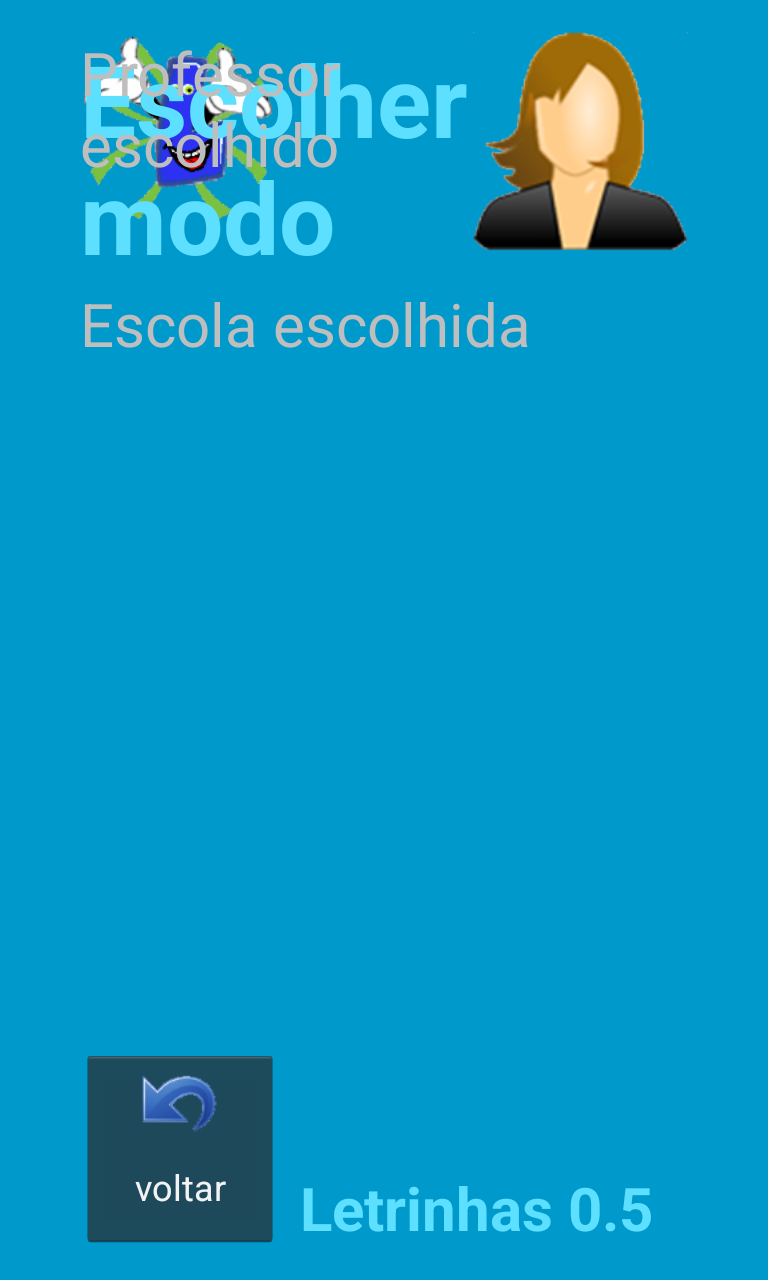
Repository: iptomar/letrinhas_documentacao
Layout: Letrinhas/APP/Prototipos/Letrinhas05/res/layout/listar_submissoes.xml
The author's editor kept a copy of each file at every save. The layout is drawn from the files as they stood at one save, then again after the next save.
It is drawn on a 768 x 1280 px phone screen (xhdpi) without system bars, with theme FullscreenTheme; the app's code is not run.

Above is the layout before, as saved 2014-05-18 10:59:48.

After the next save:
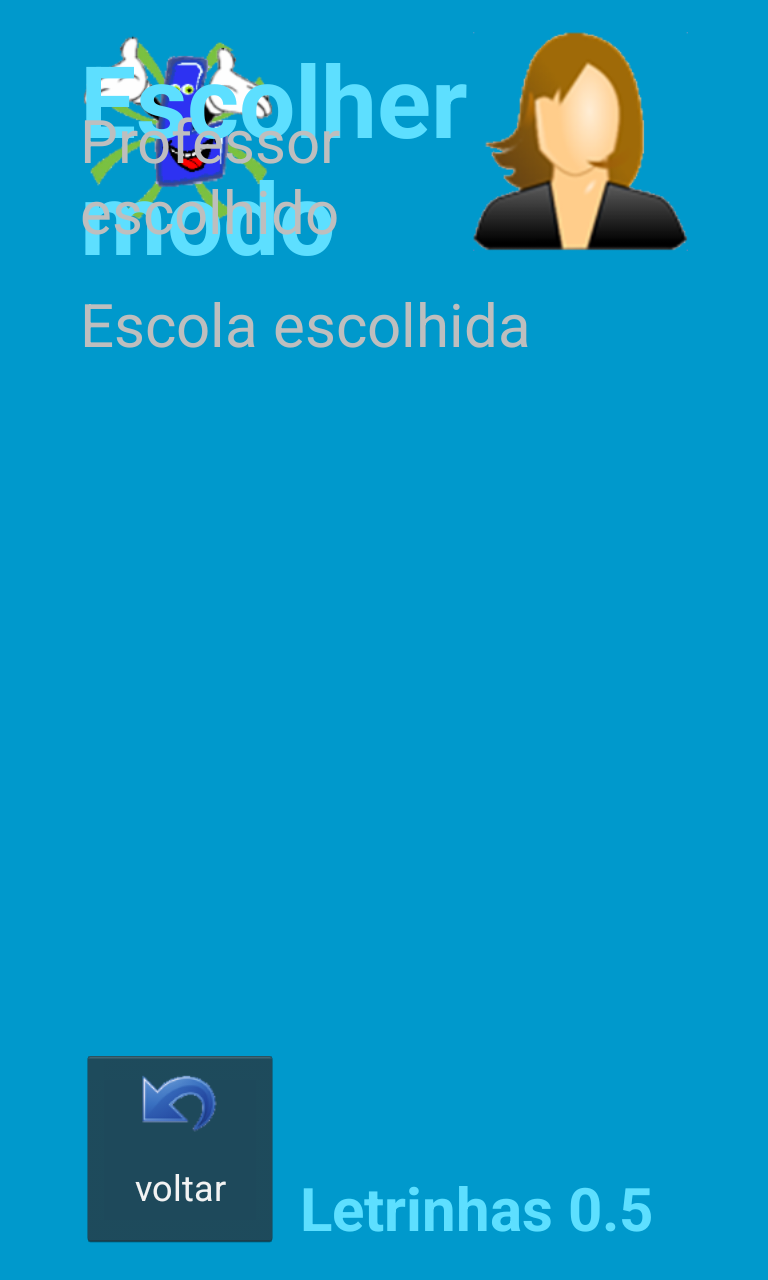
Saved 19 s later.
--- a/Letrinhas/APP/Prototipos/Letrinhas05/res/layout/listar_submissoes.xml
+++ b/Letrinhas/APP/Prototipos/Letrinhas05/res/layout/listar_submissoes.xml
@@ -66,7 +66,7 @@
         android:id="@+id/lstvProf"
         android:layout_width="wrap_content"
         android:layout_height="wrap_content"
-        android:layout_alignBottom="@+id/lsviProfessor"
+        android:layout_alignBottom="@+id/lsivProfessor"
         android:layout_toLeftOf="@+id/lsivProfessor"
         android:text="Professor escolhido"
         android:textSize="30sp" android:layout_marginRight="20dp"/>
